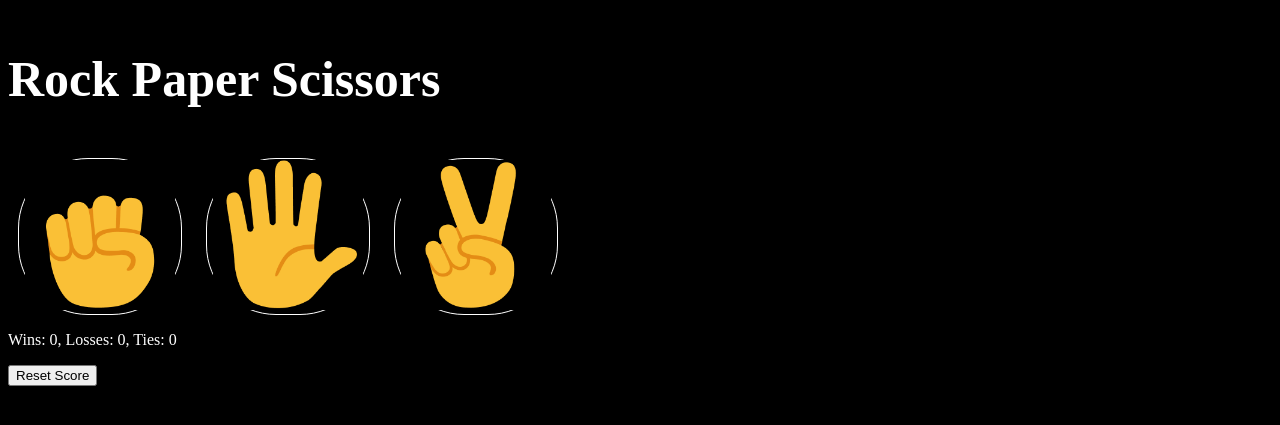
Repository: pgyunknown/Rock_paper_scissors-
Page: index.html
The author's editor kept a copy of each file at every save. The page is drawn from the files as they stood at one save, then again after the next save.
The browser window is 1280 px wide. The pictures show the whole page.

Above is the page before, as saved 2024-08-30 17:09:44.

After the next save:
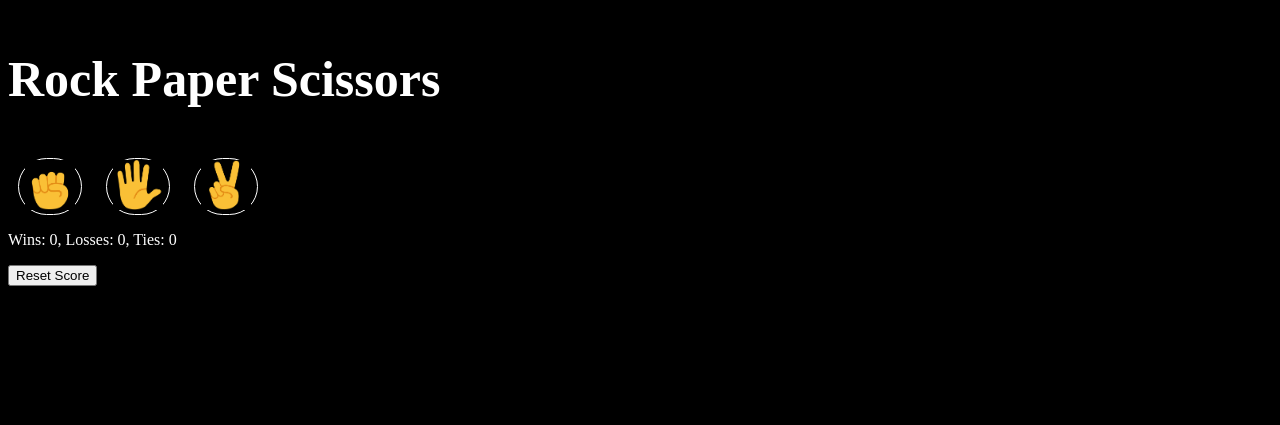
Saved 2 min 54 s later.
--- a/index.css
+++ b/index.css
@@ -8,8 +8,8 @@ body{
 }
 
 button img{
-  height: 150px;
-  width: 150px;
+  height: 50px;
+  width: 50px;
   background-color: black;
   /* border: 1px solid white;
   border-radius: 70px; */
